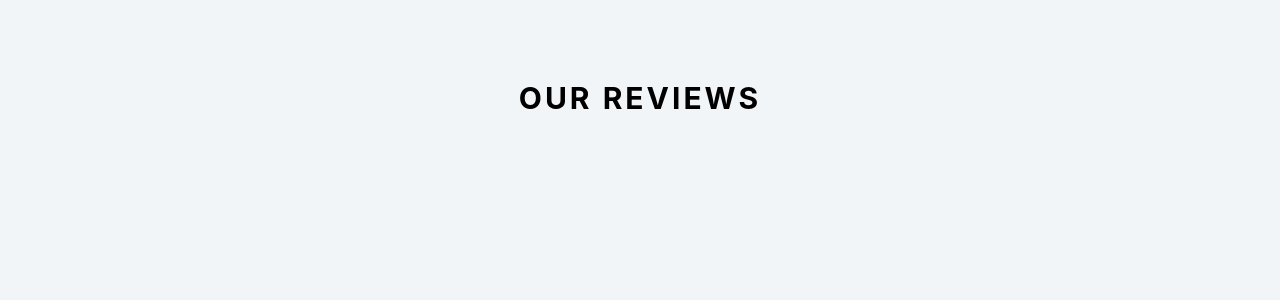
Repository: thaiduy1704/TypeScriptBasic
Page: / (app in 03-reviews/)
These files come from the project's save history. The page is drawn as it stood at one moment and after the next save; the edit follows.
The browser window is 1280 px wide. The pictures show the whole page.
The project was rebuilt for these pictures with package versions that can differ from the ones it lists, and the page was loaded fresh each time.

Above is the page before, as saved 2022-10-28 16:21:14.

After the next save:
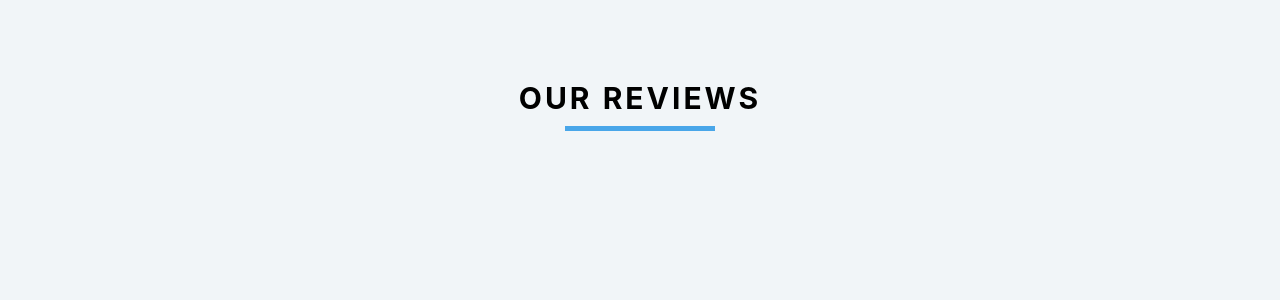
Saved 7 s later.
--- a/03-reviews/src/App.tsx
+++ b/03-reviews/src/App.tsx
@@ -20,6 +20,7 @@ function App() {
 		<Wrapper className='App'>
 			<div className='title'>
 				<h1>Our Reviews</h1>
+				<div className='underline'></div>
 			</div>
 		</Wrapper>
 	);
